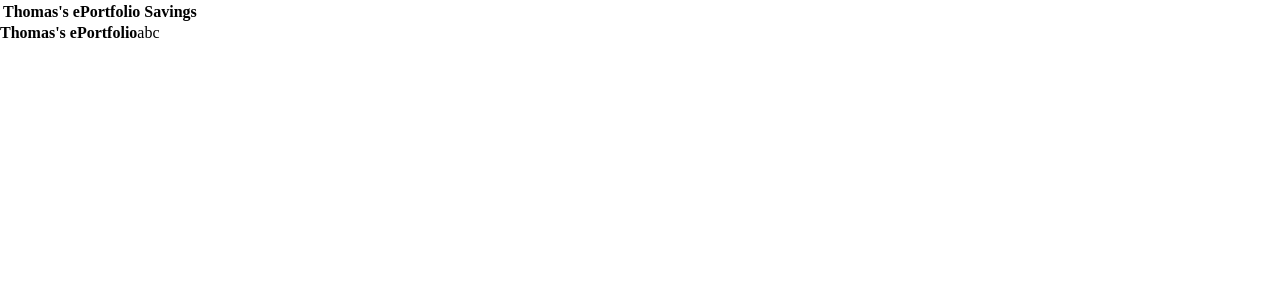
Repository: thomasTAT/UM
Page: cisc3003-2023/CISC3003-dc026709-2023/CISC3003-IndAssgn-2023FEB20/public/cisc3003-IndAssgn-profile.html
These files come from the project's save history. The page is drawn as it stood at one moment and after the next save; the edit follows.
The browser window is 1280 px wide. The pictures show the whole page.

Above is the page before, as saved 2023-02-25 14:06:01.

After the next save:
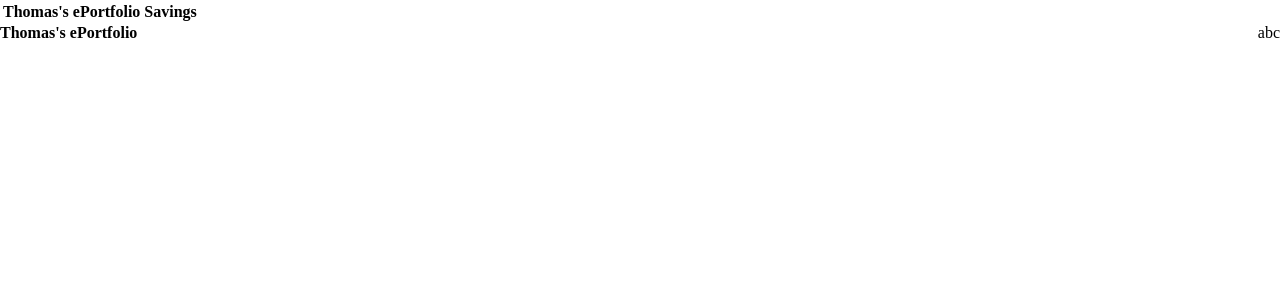
Saved 7 s later.
--- a/cisc3003-2023/CISC3003-dc026709-2023/CISC3003-IndAssgn-2023FEB20/public/css/cisc3003-IndAssgn-profile.css
+++ b/cisc3003-2023/CISC3003-dc026709-2023/CISC3003-IndAssgn-2023FEB20/public/css/cisc3003-IndAssgn-profile.css
@@ -1,4 +1,6 @@
 h1{
     float:left
 }
-p
+p{
+    float:right
+}
